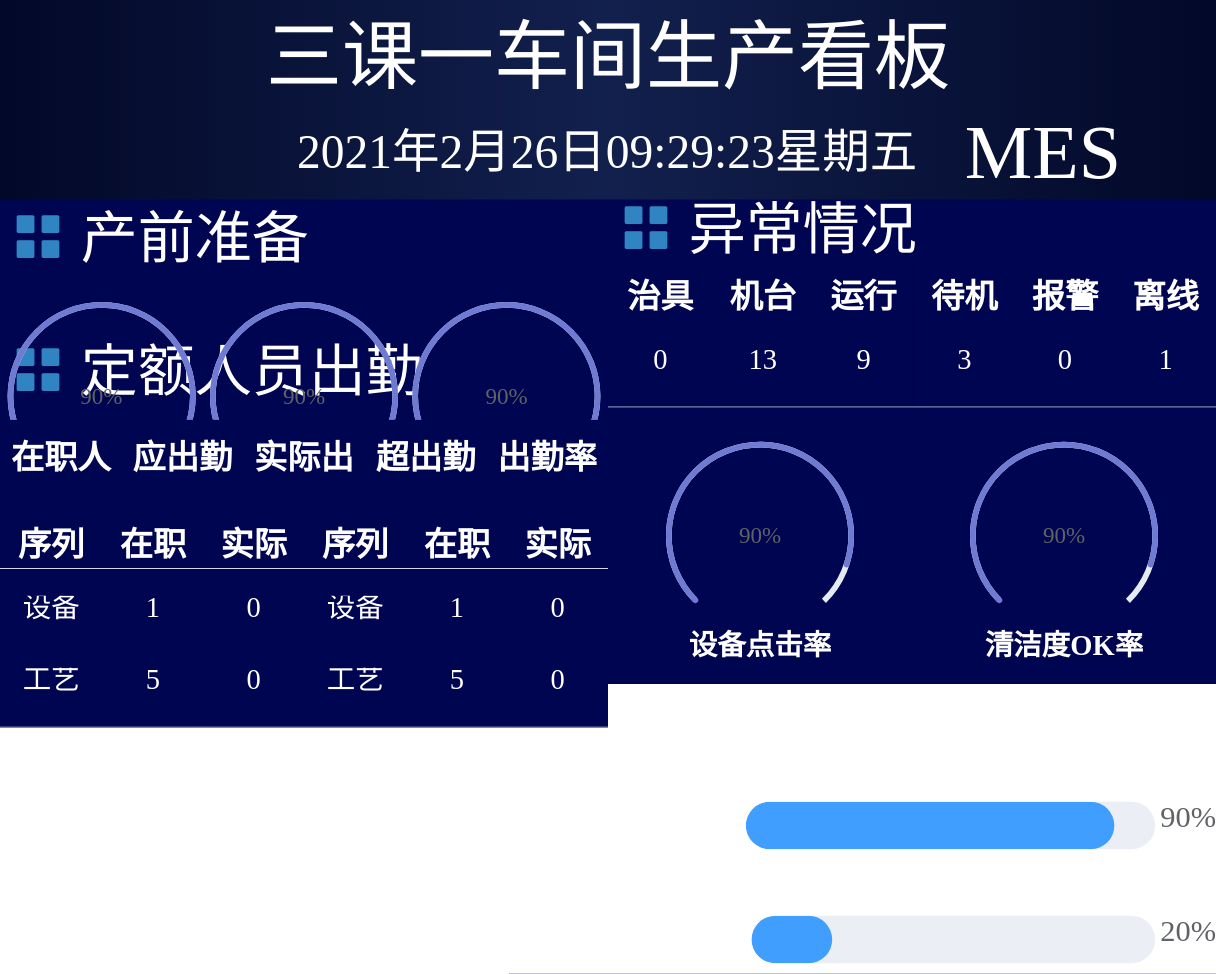
Repository: Bimbaloo/pv-view
Page: a.html
The author's editor kept a copy of each file at every save. The page is drawn from the files as they stood at one save, then again after the next save.
The browser window is 1280 px wide. The pictures show the whole page, at 95% of full size.

Above is the page before, as saved 2021-05-14 14:22:13.

After the next save:
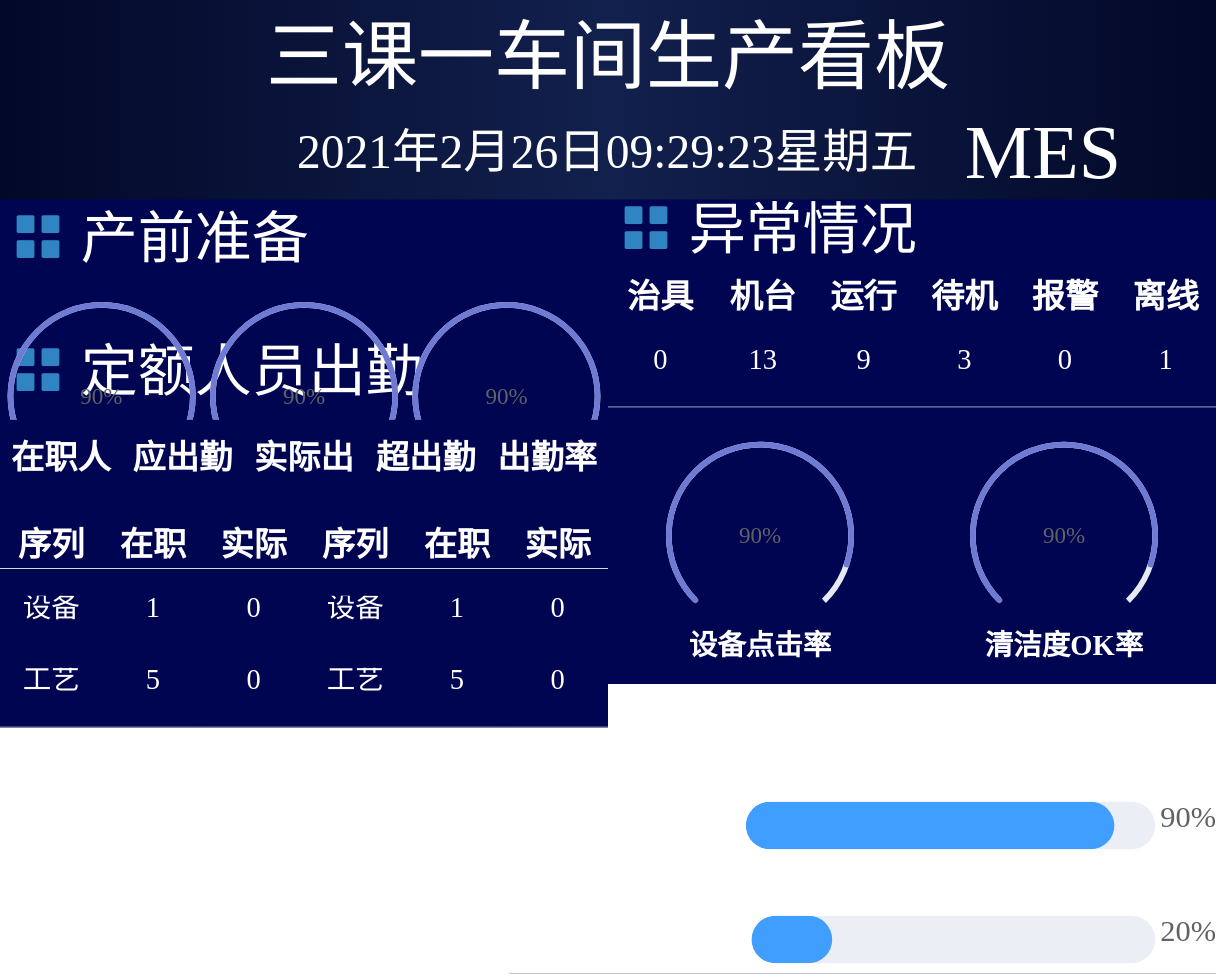
Saved 9 s later.
--- a/a.html
+++ b/a.html
@@ -1,5 +1,5 @@
 <!DOCTYPE html>
-<html lang="en">
+<html lang="zh-ch">
 
 <head>
   <meta charset="UTF-8">
